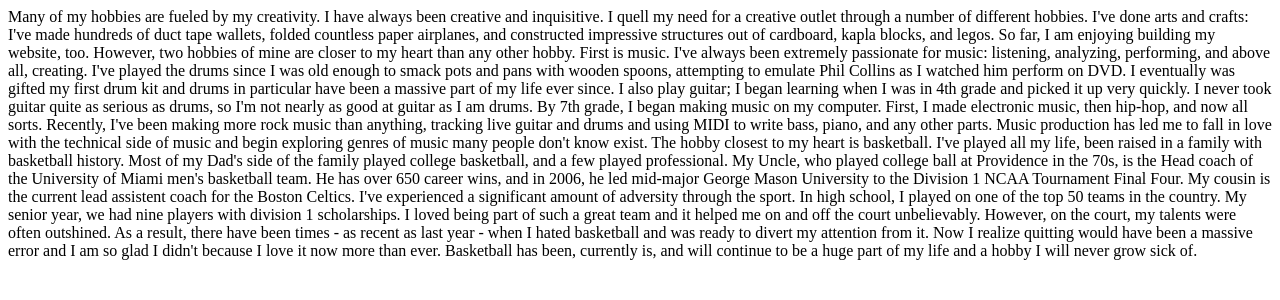
Repository: larranj1/my_website
Page: assignments/html/personal_file2.html
The author's editor kept a record of every edit. The page is drawn from the files as they stood at one moment, then again after the next edit.
The browser window is 1280 px wide. The pictures show the whole page.

Above is the page before.

After the next edit:
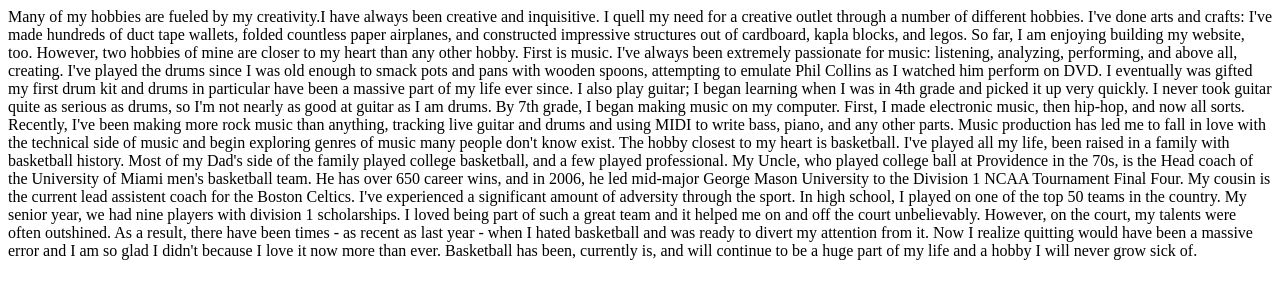
The edit:
--- a/assignments/html/personal_file2.html
+++ b/assignments/html/personal_file2.html
@@ -1,10 +1,10 @@
-Many of my hobbies are fueled by my creativity.
-I have always been creative and inquisitive.
-I quell my need for a creative outlet through a number of different hobbies.
-I've done arts and crafts: I've made hundreds of duct tape wallets, folded countless paper airplanes,
-and constructed impressive structures out of cardboard, kapla blocks, and legos.
-So far, I am enjoying building my website, too.
-However, two hobbies of mine are closer to my heart than any other hobby.
+Many of my hobbies are fueled by my creativity.I have always been creative
+and inquisitive. I quell my need for a creative outlet through a number
+of different hobbies.  I've done arts and crafts: I've made hundreds of
+duct tape wallets, folded countless paper airplanes, and constructed impressive
+structures out of cardboard, kapla blocks, and legos.  So far, I am enjoying
+building my website, too. However, two hobbies of mine are closer to my heart
+than any other hobby.
 
 First is music. I've always been extremely passionate for music: listening, analyzing,
 performing, and above all, creating.

After the edit that followed:
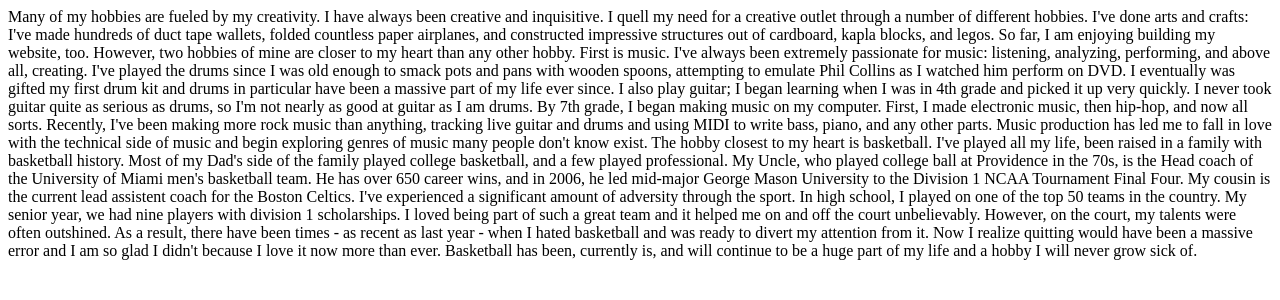
The edit:
--- a/assignments/html/personal_file2.html
+++ b/assignments/html/personal_file2.html
@@ -1,4 +1,4 @@
-Many of my hobbies are fueled by my creativity.I have always been creative
+Many of my hobbies are fueled by my creativity. I have always been creative
 and inquisitive. I quell my need for a creative outlet through a number
 of different hobbies.  I've done arts and crafts: I've made hundreds of
 duct tape wallets, folded countless paper airplanes, and constructed impressive
